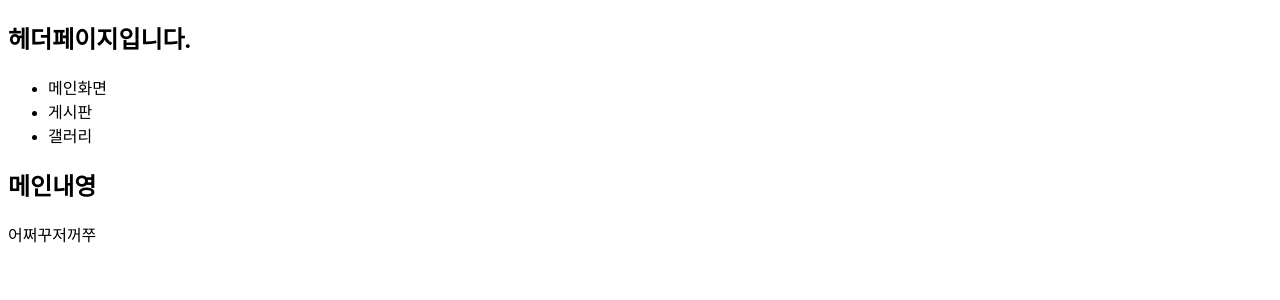
Repository: yongmin0309/mybatis1
Page: http://localhost/eL_JSTL/views/content.jsp
An editor plug-in stored every save of this project. The page is shown before and after the next save, followed by the edit.
The browser window is 1280 px wide. The pictures show the whole page.
The page is served by Tomcat 9.

Above is the page before, as saved 2024-04-20 05:31:42.

After the next save:
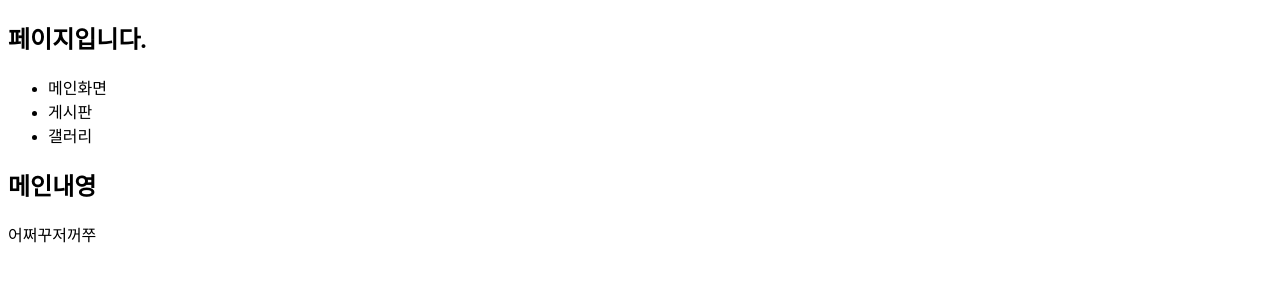
Saved 4 s later.
--- a/work/eL_JSTL/src/main/webapp/views/common/header.jsp
+++ b/work/eL_JSTL/src/main/webapp/views/common/header.jsp
@@ -10,7 +10,7 @@
 <title>근명고등학교</title>
 </head>
 <body>
-	<h2>${param.title}헤더페이지입니다.</h2>
+	<h2>${param.title}페이지입니다.</h2>
 	<ul>
 		<li>메인화면</li>
 		<li>게시판</li>
